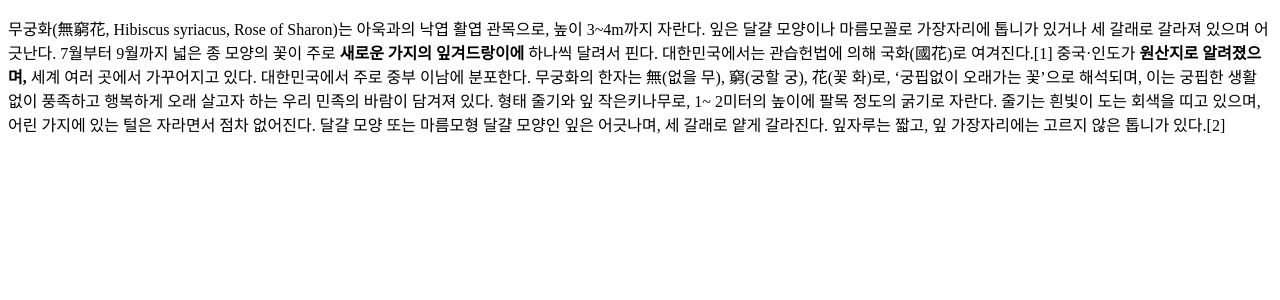
Repository: sH1222J/SH_DDit_WEB_study
Page: workspace/webpro/src/main/webapp/0304/텍스트서식.html
These files come from the project's save history. The page is drawn as it stood at one moment and after the next save; the edit follows.
The browser window is 1280 px wide. The pictures show the whole page.

Above is the page before, as saved 2025-03-04 03:19:12.

After the next save:
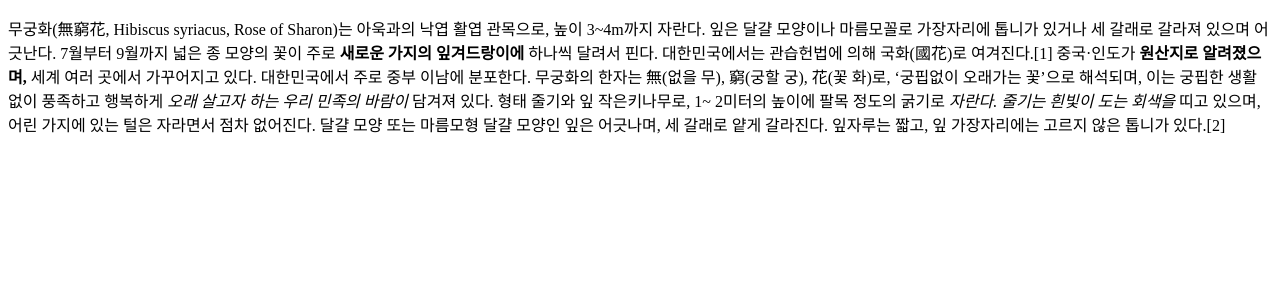
Saved 75 s later.
--- a/workspace/webpro/src/main/webapp/0304/텍스트서식.html
+++ b/workspace/webpro/src/main/webapp/0304/텍스트서식.html
@@ -13,8 +13,8 @@
 		9월까지 넓은 종 모양의 꽃이 주로 <b>새로운 가지의 잎겨드랑이에</b> 하나씩 달려서 핀다. 대한민국에서는 관습헌법에 의해
 		국화(國花)로 여겨진다.[1] 중국·인도가 <strong>원산지로 알려졌으며,</strong> 세계 여러 곳에서 가꾸어지고 있다. 대한민국에서 주로 중부
 		이남에 분포한다. 무궁화의 한자는 無(없을 무), 窮(궁할 궁), 花(꽃 화)로, ‘궁핍없이 오래가는 꽃’으로 해석되며, 이는
-		궁핍한 생활 없이 풍족하고 행복하게 오래 살고자 하는 우리 민족의 바람이 담겨져 있다. 형태 줄기와 잎 작은키나무로, 1~
-		2미터의 높이에 팔목 정도의 굵기로 자란다. 줄기는 흰빛이 도는 회색을 띠고 있으며, 어린 가지에 있는 털은 자라면서 점차
+		궁핍한 생활 없이 풍족하고 행복하게 <i>오래 살고자 하는 우리 민족의 바람이</i> 담겨져 있다. 형태 줄기와 잎 작은키나무로, 1~
+		2미터의 높이에 팔목 정도의 굵기로 <em>자란다. 줄기는 흰빛이 도는 회색을</em> 띠고 있으며, 어린 가지에 있는 털은 자라면서 점차
 		없어진다. 달걀 모양 또는 마름모형 달걀 모양인 잎은 어긋나며, 세 갈래로 얕게 갈라진다. 잎자루는 짧고, 잎 가장자리에는
 		고르지 않은 톱니가 있다.[2]</p>
 
